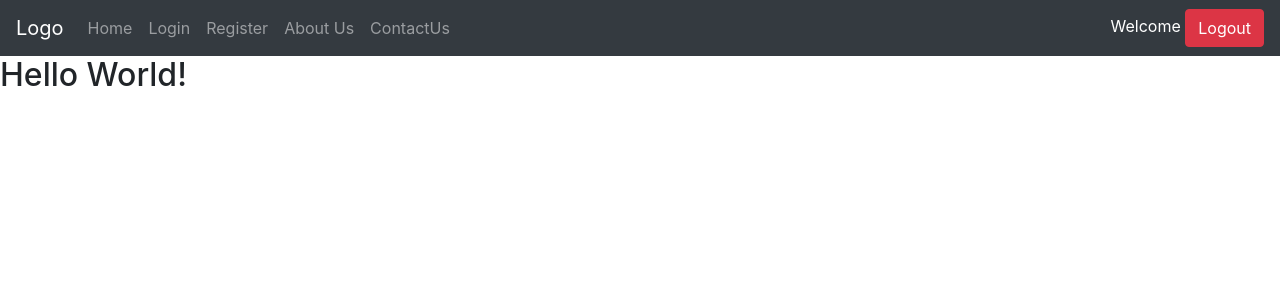
Repository: ramizkhan037/Java-Project
Page: http://localhost/Frontend/
These files come from the project's save history. The page is drawn as it stood at one moment and after the next save; the edit follows.
The browser window is 1280 px wide. The pictures show the whole page.
The page is served by Tomcat 9. Nobody is signed in. The application's start-up code is not run. Other server files are loaded and not shown.

Above is the page before, as saved 2018-12-17 08:44:42.

### Frontend/src/main/webapp/index.jsp
<%@include file="WEB-INF/views/Header.jsp" %>

<html>
<body>
<h2>Hello World!</h2>
</body>
</html>

### Frontend/src/main/webapp/WEB-INF/views/Header.jsp
<%@ page language="java" contentType="text/html"%>
<%@taglib uri="http://java.sun.com/jsp/jstl/core" prefix="c" %>

<head>
<title> Amazon </title>
<meta name="viewport" content="width=device-width, initial-scale=1">
  <link rel="stylesheet" href="https://maxcdn.bootstrapcdn.com/bootstrap/4.1.3/css/bootstrap.min.css">
  <script src="https://ajax.googleapis.com/ajax/libs/jquery/3.3.1/jquery.min.js"></script>
  <script src="https://cdnjs.cloudflare.com/ajax/libs/popper.js/1.14.3/umd/popper.min.js"></script>
  <script src="https://maxcdn.bootstrapcdn.com/bootstrap/4.1.3/js/bootstrap.min.js"></script>

</head>
<body>

				<nav class="navbar navbar-expand-sm bg-dark navbar-dark">
				  <!-- Brand/logo -->
				  <a class="navbar-brand" href="#">Logo</a>

				 <!-- Toggler/collapsibe Button -->
				  <button class="navbar-toggler" type="button" data-toggle="collapse" data-target="#collapsibleNavbar">
				    <span class="navbar-toggler-icon"></span>
				  </button>

				  <div class="collapse navbar-collapse" id="collapsibleNavbar">
				  <!-- Links -->
				  <ul class="navbar-nav">
				    <li class="nav-item">

				      <a class="nav-link" href="#">
					<font color="white"><span class="glyphicon glyphicon-home"></span></font>Home</a>
				    </li>
				    <c:if test="${!sessionScope.loggedIn}">
				    <li class="nav-item"><a class="nav-link" href="login">Login</a></li>
				    <li class="nav-item"><a class="nav-link" href="register">Register</a></li>
				    <li class="nav-item"><a class="nav-link" href="aboutus">About Us</a></li>
				    <li class="nav-item"><a class="nav-link" href="contactus">ContactUs</a></li>
				    </c:if>
				    <c:if test="${!sessionScope.loggedIn}">
				            <c:if test="${!sessionScope.role=='ROLE_ADMIN'}">
				     <li class="nav-item"><a class="nav-link" href="<c:url value='/category'/>">Category</a></li>
				     <li class="nav-item"><a class="nav-link" href="<c:url value='/product'/>">Product</a></li>
				            </c:if>

				            <c:if test="${!sessionScope.role=='ROLE_USER'}">
				     <li class="nav-item"><a class="nav-link" href="<c:url value='/productDisplay'/>">ProductDisplay</a></li>
				             </c:if>
				    </c:if>
				  </ul>
			</div>

			<div class="nav navbar-nav navbar-right">
			 <c:if test="${!sessionScope.loggedIn}">
			   <div id="userdetail">
			       <font color="white">
			        Welcome ${sessionScope.username}
			        <a href="/perform_logout" class="btn btn-danger">Logout</a>
			       </font>
			   </div>
			 </c:if>
			</div>

</nav>

After the next save:
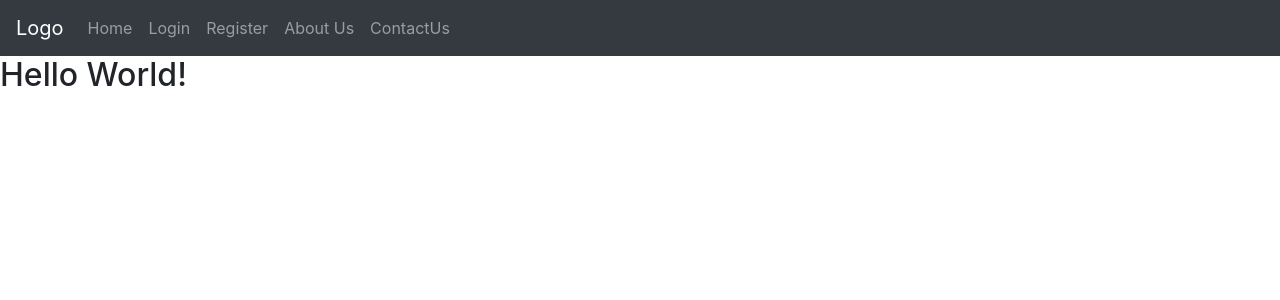
Saved 112 s later.
--- a/Frontend/src/main/webapp/WEB-INF/views/Header.jsp
+++ b/Frontend/src/main/webapp/WEB-INF/views/Header.jsp
@@ -35,13 +35,13 @@
 				    <li class="nav-item"><a class="nav-link" href="aboutus">About Us</a></li>
 				    <li class="nav-item"><a class="nav-link" href="contactus">ContactUs</a></li>
 				    </c:if>
-				    <c:if test="${!sessionScope.loggedIn}">
+				    <c:if test="${sessionScope.loggedIn}">
 				            <c:if test="${!sessionScope.role=='ROLE_ADMIN'}">
 				     <li class="nav-item"><a class="nav-link" href="<c:url value='/category'/>">Category</a></li>
 				     <li class="nav-item"><a class="nav-link" href="<c:url value='/product'/>">Product</a></li>
 				            </c:if>
 
-				            <c:if test="${!sessionScope.role=='ROLE_USER'}">
+				            <c:if test="${sessionScope.role=='ROLE_USER'}">
 				     <li class="nav-item"><a class="nav-link" href="<c:url value='/productDisplay'/>">ProductDisplay</a></li>
 				             </c:if>
 				    </c:if>
@@ -49,7 +49,7 @@
 			</div>
 
 			<div class="nav navbar-nav navbar-right">
-			 <c:if test="${!sessionScope.loggedIn}">
+			 <c:if test="${sessionScope.loggedIn}">
 			   <div id="userdetail">
 			       <font color="white">
 			        Welcome ${sessionScope.username}
